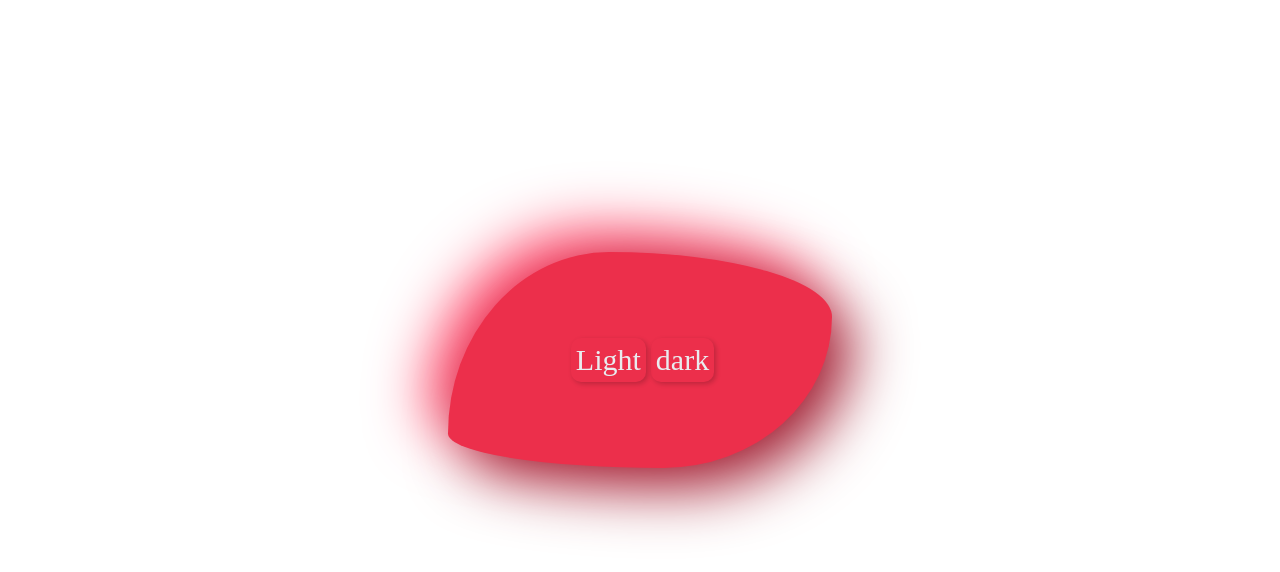
Repository: Yuukicoder/basicProject
Page: project1.html
An editor plug-in stored every save of this project. The page is shown before and after the next save, followed by the edit.
The browser window is 1280 px wide. The pictures show the whole page.
Some web fonts or font styles are not loaded; a fallback is used.

Above is the page before, as saved 2023-02-24 22:41:41.

### project1.html
<!DOCTYPE html>
<html lang="en">
  <head>
    <meta charset="UTF-8" />
    <meta http-equiv="X-UA-Compatible" content="IE=edge" />
    <meta name="viewport" content="width=device-width, initial-scale=1.0" />
    <title>Dark/light mode</title>
    <link rel="stylesheet" href="assets/css/project1.css" />
    <link
      rel="shortcut icon"
      href="assets/Image/project1.png"
      type="image/x-icon"
    />
  </head>
  <body id="body">
    <section class="box">
      <button class="light" id="light">Light</button>
      <button class="dark" id="dark">dark</button>
    </section>
    <script src="assets/js/project1.js"></script>
  </body>
</html>

### assets/css/project1.css
@import url("https://fonts.googleapis.com/css2?family=Arima:wght@100;200;300;400;500;700&display=swap");

* {
  margin: 0;
  padding: 0;
  box-sizing: border-box;
  /* border: 1px solid black; */
}
:root {
  --button: #00b4d8;
  --text: #e9ecef;
}
body {
  height: 100vh;
  width: 100vw;
  display: flex;
  align-items: center;
  justify-content: center;
}
.box {
  height: 30%;
  width: 30%;
  background-image: linear-gradient(
    to right bottom,
    #009fff,
    #8d85f3,
    #cc61cc,
    #ec3b90,
    #ec2f4b
  );
  border-radius: 42% 58% 44% 56% / 84% 30% 70% 16%;
  display: flex;
  align-items: center;
  justify-content: center;
  /* border-radius: 50px; */
  background: #ec2f4b;
  box-shadow: 20px 20px 60px #a02033, -20px -20px 60px #ff3e63;
}
button {
  background: transparent;
  color: var(--text);
  font-family: Arima;
  font-size: 30px;
  border: none;
  border-radius: 10px;
  padding: 5px 5px;
  margin-left: 5px;
  box-shadow: 2px 2px 5px rgba(0, 0, 0, 0.2);
  transition: 0.5s;
}
button:hover {
  transform: scale(1.025);
}

### assets/js/project1.js
var light = document.getElementById("light");
var dark = document.getElementById("dark");
var body = document.getElementById("body");
dark.addEventListener("click", function () {
    body.style.background = "black";

})
light.addEventListener("click", function () {
    body.style.background = "white";

})

After the next save:
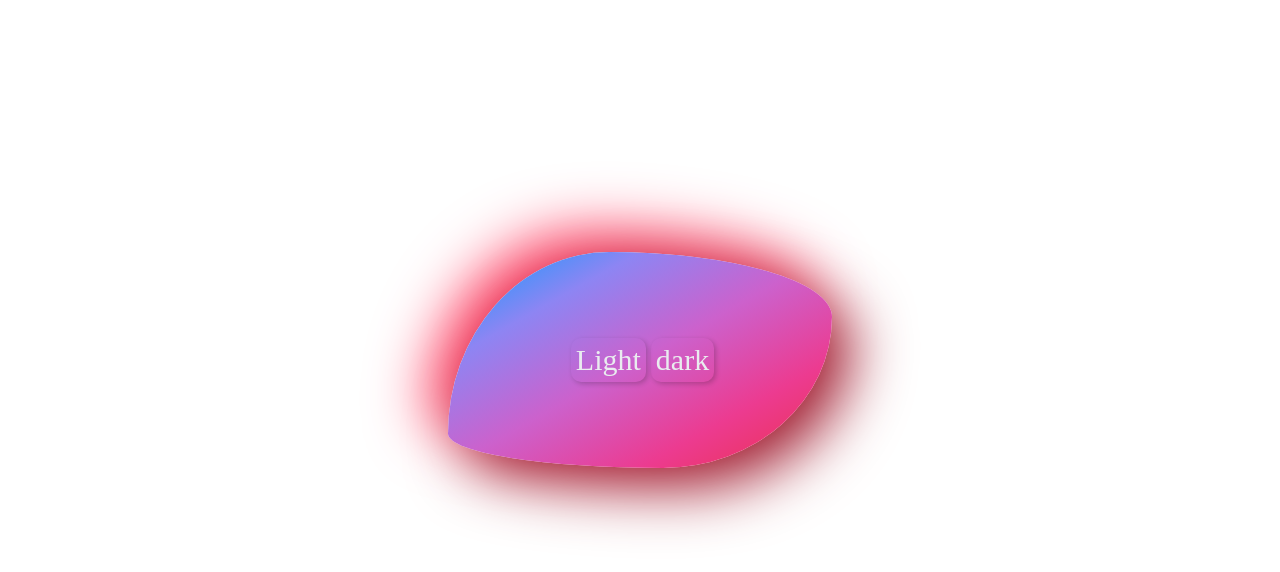
Saved 6 min 31 s later.
--- a/assets/css/project1.css
+++ b/assets/css/project1.css
@@ -33,7 +33,7 @@ body {
   align-items: center;
   justify-content: center;
   /* border-radius: 50px; */
-  background: #ec2f4b;
+  /* background: #ec2f4b; */
   box-shadow: 20px 20px 60px #a02033, -20px -20px 60px #ff3e63;
 }
 button {
